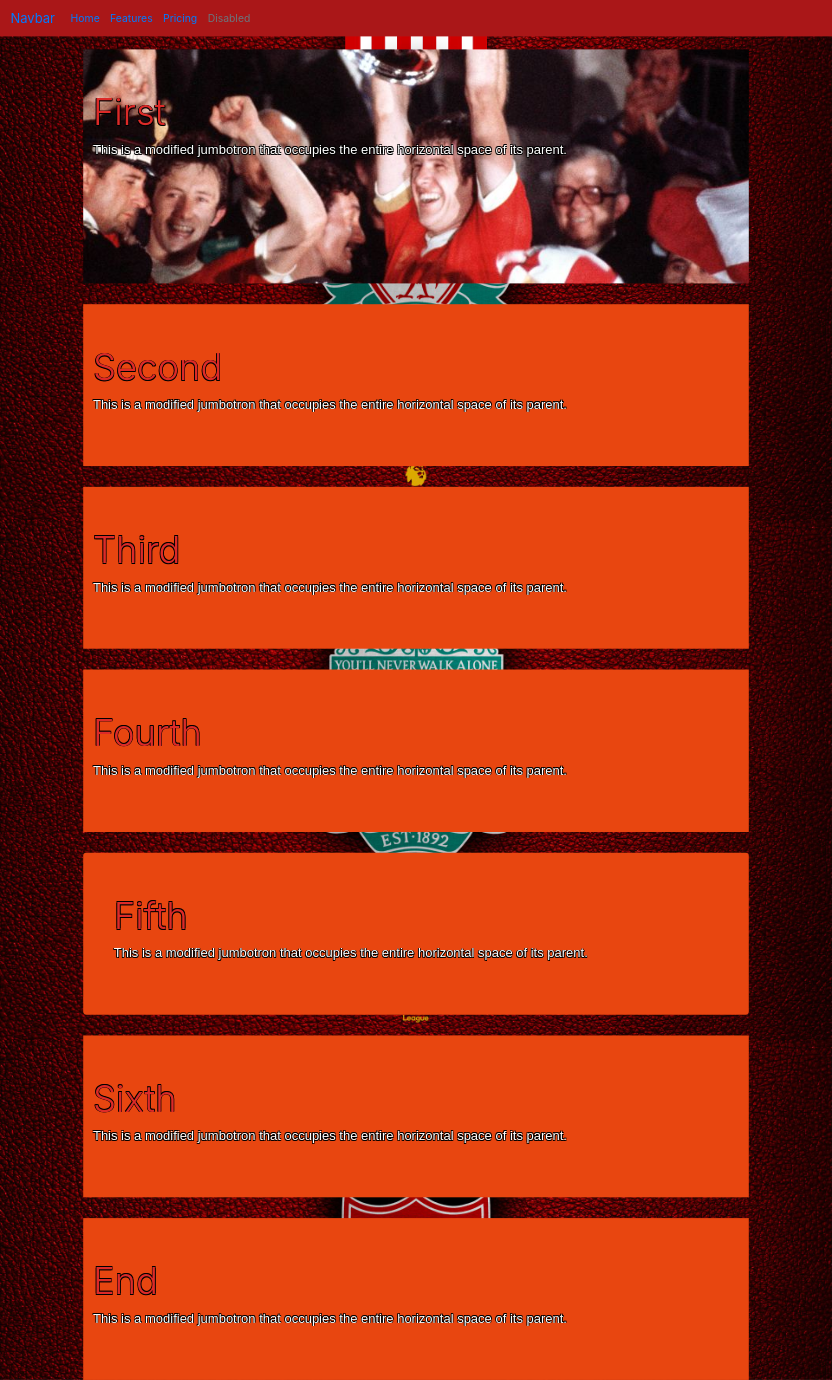
Repository: DalyAD/allez-2
Page: page1.html
The author's editor kept a record of every edit. The page is drawn from the files as they stood at one moment, then again after the next edit.
The browser window is 1280 px wide. The pictures show the whole page, at 65% of full size.
Backgrounds fixed to the window are drawn as part of the page.

Above is the page before.

### page1.html
<!DOCTYPE html>
<html lang="en">

<head>
    <meta charset="UTF-8">
    <meta name="viewport" content="width=device-width, initial-scale=1.0">
    <meta http-equiv="X-UA-Compatible" content="ie=edge">
    <link rel="stylesheet" href="assets/css/style.css" type="text/css" />
    <link rel="stylesheet" href="https://stackpath.bootstrapcdn.com/font-awesome/4.7.0/css/font-awesome.min.css" type="text/css" />
    <link rel="stylesheet" href="https://stackpath.bootstrapcdn.com/bootstrap/4.4.1/css/bootstrap.min.css" type="text/css" />
    <title>Document</title>
</head>

<body>
    <header>
        <nav class="navbar navbar-expand-lg navbar-custom bg-custom">
            <a class="navbar-brand" href="index.html">Navbar</a>
            <button class="navbar-toggler" type="button" data-toggle="collapse" data-target="#navbarNavAltMarkup" aria-controls="navbarNavAltMarkup" aria-expanded="false" aria-label="Toggle navigation">
                <span class="navbar-toggler-icon"></span>
            </button>
            <div class="collapse navbar-collapse" id="navbarNavAltMarkup">
                <div class="navbar-nav">
                    <a class="nav-item nav-link active" href="index.html">Home <span class="sr-only">(current)</span></a>
                    <a class="nav-item nav-link" href="#">Features</a>
                    <a class="nav-item nav-link" href="#">Pricing</a>
                    <a class="nav-item nav-link disabled" href="#">Disabled</a>
                </div>
            </div>
        </nav>
    </header>
    <section>
        <div class="jumbotron jumbotron-fluid first">
            <div class="container">
                <h1 class="display-4">First</h1>
                <p class="lead">This is a modified jumbotron that occupies the entire horizontal space of its parent.</p>
            </div>
        </div>
        <div class="jumbotron jumbotron-fluid second">
            <div class="container">
                <h1 class="display-4">Second</h1>
                <p class="lead">This is a modified jumbotron that occupies the entire horizontal space of its parent.</p>
            </div>
        </div>
        <div class="jumbotron jumbotron-fluid third">
            <div class="container">
                <h1 class="display-4">Third</h1>
                <p class="lead">This is a modified jumbotron that occupies the entire horizontal space of its parent.</p>
            </div>
        </div>
        <div class="jumbotron jumbotron-fluid fourth">
            <div class="container">
                <h1 class="display-4">Fourth</h1>
                <p class="lead">This is a modified jumbotron that occupies the entire horizontal space of its parent.</p>
            </div>
        </div>
        <div class="jumbotron fifth">
            <div class="container">
                <h1 class="display-4">Fifth</h1>
                <p class="lead">This is a modified jumbotron that occupies the entire horizontal space of its parent.</p>
            </div>
        </div>
        <div class="jumbotron jumbotron-fluid sixth">
            <div class="container">
                <h1 class="display-4">Sixth</h1>
                <p class="lead">This is a modified jumbotron that occupies the entire horizontal space of its parent.</p>
            </div>
        </div>
        <div class="jumbotron jumbotron-fluid end">
            <div class="container">
                <h1 class="display-4">End</h1>
                <p class="lead">This is a modified jumbotron that occupies the entire horizontal space of its parent.</p>
            </div>
        </div>
    </section>
</body>

</html>

### assets/css/style.css
/*Global*/



.footer {
  position: fixed;
  bottom: 0;
  width: 100%;
  height: 30px;
  background-color: #aa1718;
}

/*page 1 styling*/

.welcome {
  background-color: #e84610 !important;
}

.jumbotron {
  background-color: #e84610 !important;
}

.lead {
  font-family: Arial;
  color: #fff;
  font-size: 20px !important;
  text-shadow: -1px -1px 0 #000,
  1px -1px 0 #000,
  -1px 1px 0 #000,
  1px 1px 0 #000;
}

.jumbotron {
  margin-top: 15px;
}

.navbar {
  background-color: #aa1718;
}

.bg-custom {
  color: #fff !important;
}

.navbar-light a {
  color: #fff !important;
}

.first {
  background-attachment: scroll;
  background-image: url(../images/1977.jpeg);
  background-position: bottom;
  background-size: cover;
  height: 50vh;
  width: 100vw;
  margin-bottom: 0px;
  z-index: 1;
}

.jumbotron {
  width: 80vw;
  margin: auto;
  margin-top: 20px;
}


body {
  background-attachment: fixed;
  background-image: url(../images/crest2.jpg);
  background-position: center;
  background-repeat: no-repeat;
  background-size: cover;
  height: 100vh;
  width: 100vw;
  margin-bottom: 0px;
  z-index: 1;
}

.display-4 {
  color: #dd2a28;
  text-shadow: -1px -1px 0 #000,
  1px -1px 0 #000,
  -1px 1px 0 #000,
  1px 1px 0 #000;
}

After the next edit:
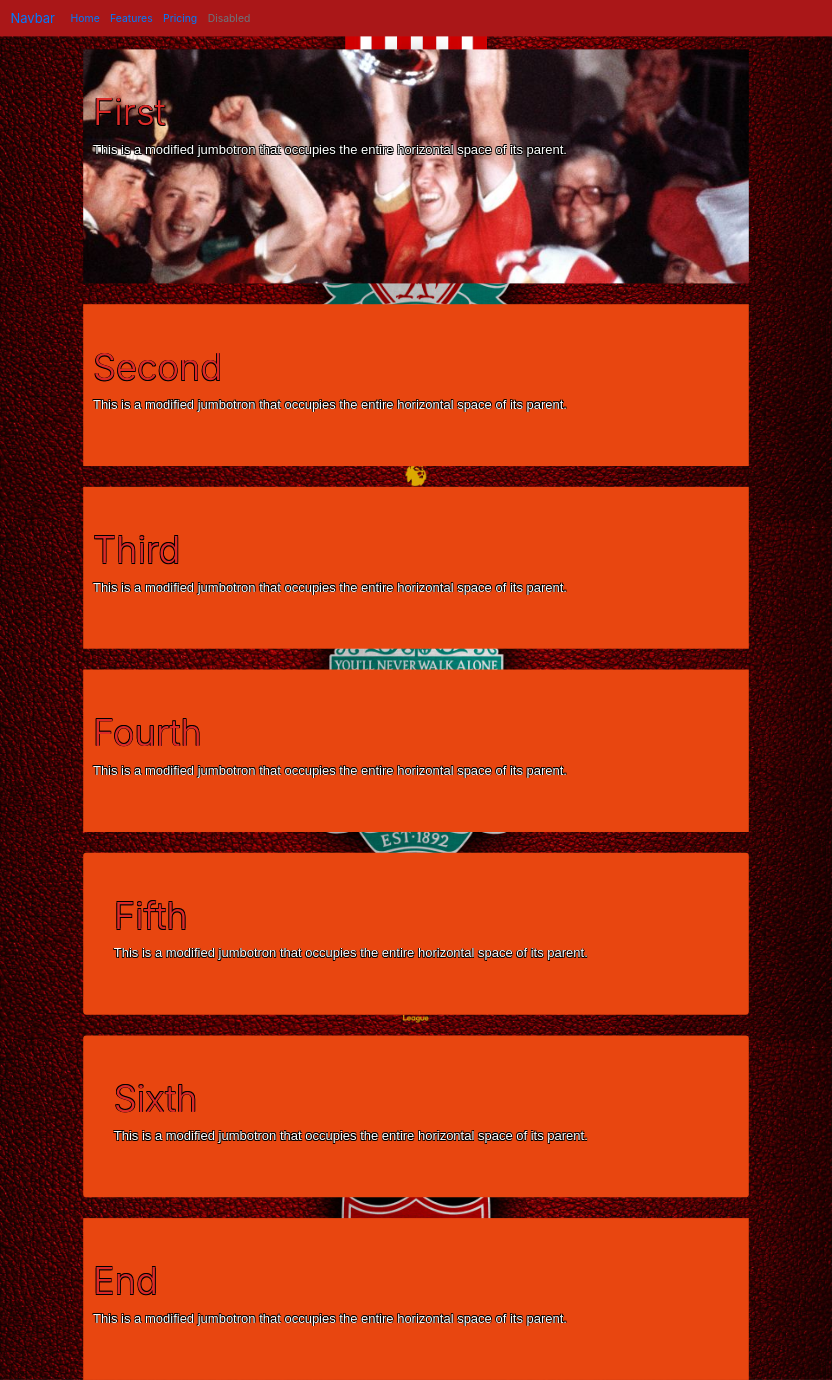
The edit:
--- a/page1.html
+++ b/page1.html
@@ -59,7 +59,7 @@
                 <p class="lead">This is a modified jumbotron that occupies the entire horizontal space of its parent.</p>
             </div>
         </div>
-        <div class="jumbotron jumbotron-fluid sixth">
+        <div class="jumbotron sixth">
             <div class="container">
                 <h1 class="display-4">Sixth</h1>
                 <p class="lead">This is a modified jumbotron that occupies the entire horizontal space of its parent.</p>
